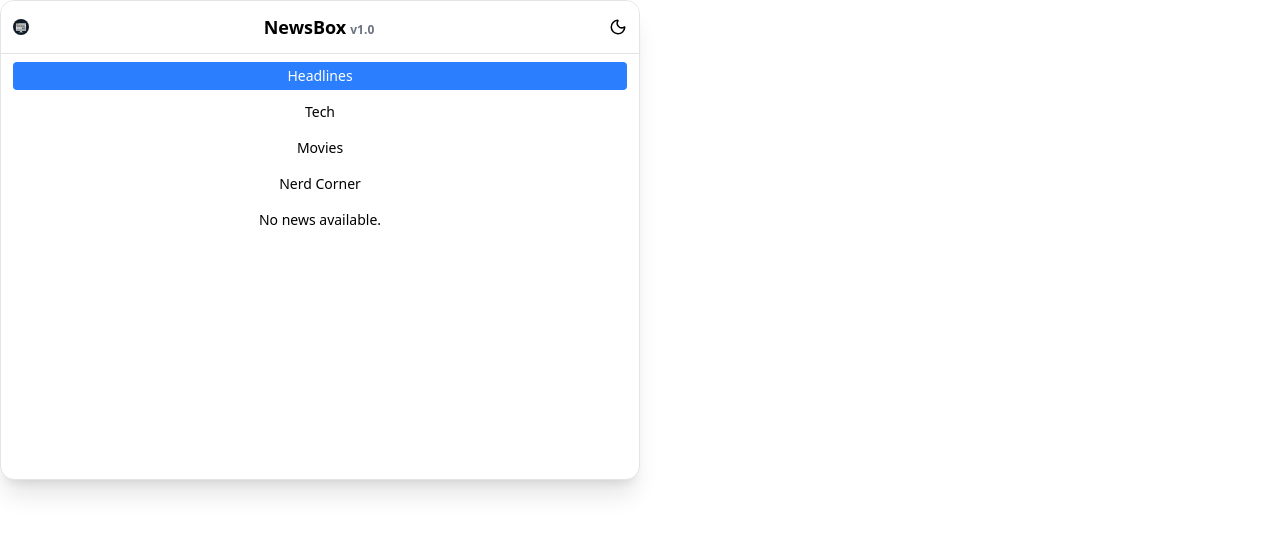
Repository: Bhuvi888/newsbox-extension
Page: /
These files come from the project's save history. The page is drawn as it stood at one moment and after a run of saves; the edit follows.
The browser window is 1280 px wide. The pictures show the whole page.
The page's requests for data from a server got no answer. The project was rebuilt for these pictures with package versions that can differ from the ones it lists, and the page was loaded fresh each time. No one was signed in, and anything a server would have sent is missing. Also part of the build but not shown: vite.config.ts. Imported but missing from the stored project, and not drawn on this page: src/components/ui/card.

Above is the page before, as saved 2025-05-29 13:27:41.

After the next 4 saves:
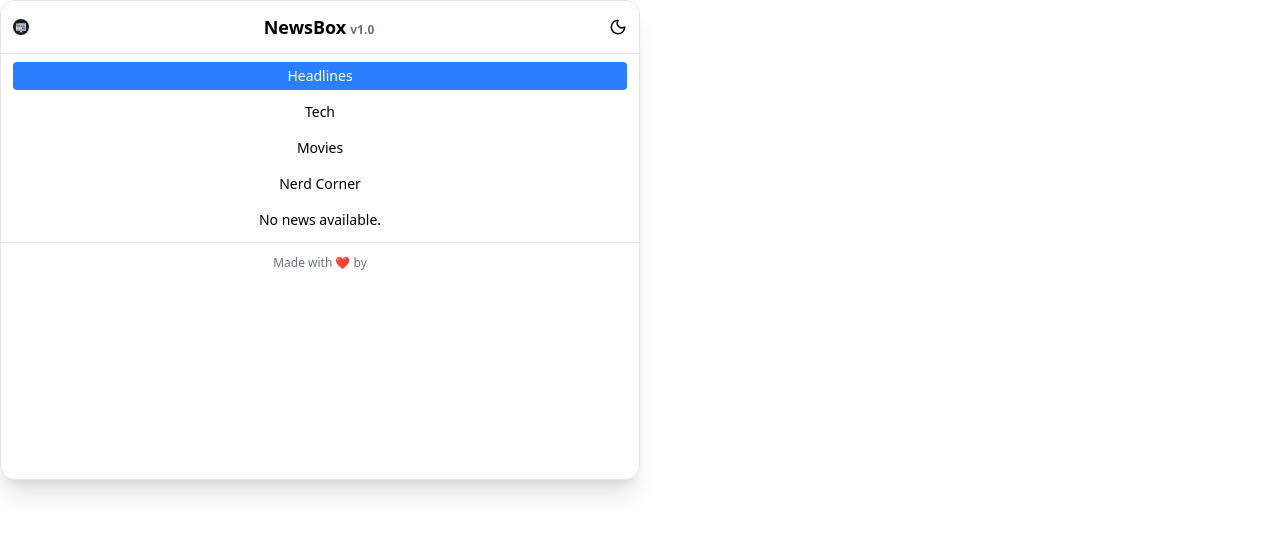
The 4 saves are shown as one change because they came seconds apart.
The last was saved 17 s later.
--- a/src/popup/App.tsx
+++ b/src/popup/App.tsx
@@ -139,7 +139,9 @@ export default function App() {
           <div className="text-center text-sm">No news available.</div>
         )}
       </main>
-
+      <footer className="text-xs text-center text-gray-500 p-3 border-t">
+        Made with ❤️ by{" "}
+        </footer>
     </div>
   );
 }
